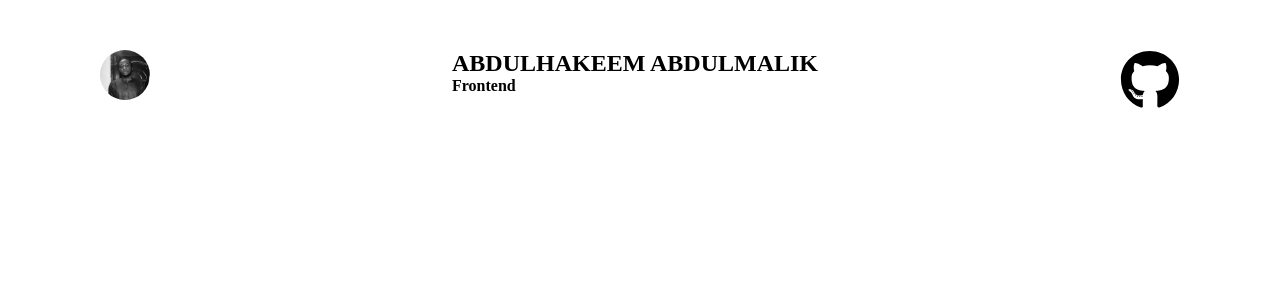
Repository: malikhakeem/HNG-TASK
Page: HNG-TASK1.html
These files come from the project's save history. The page is drawn as it stood at one moment and after the next save; the edit follows.
The browser window is 1280 px wide. The pictures show the whole page.

Above is the page before, as saved 2023-09-08 21:43:42.

After the next save:
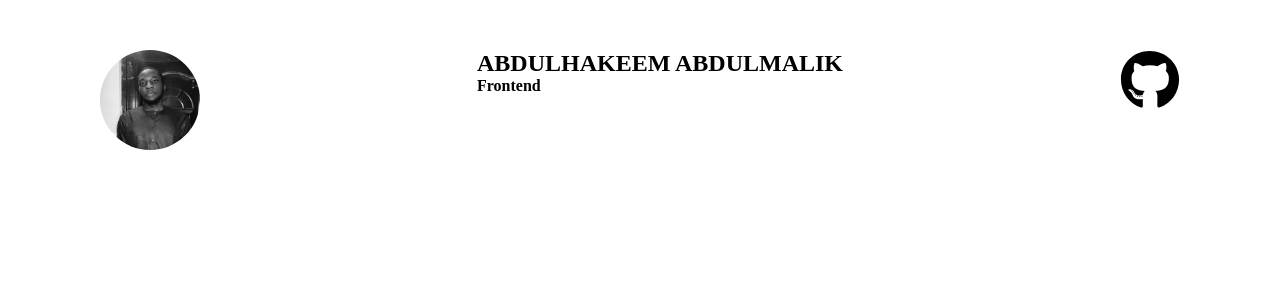
Saved 19 s later.
--- a/HNG-TASK!.css
+++ b/HNG-TASK!.css
@@ -5,8 +5,8 @@
 }
 
 .profile-pic{
-    width:50px;
-    height:50px;
+    width:100px;
+    height:100px;
     border-radius: 50%;
 }
 .nav{
